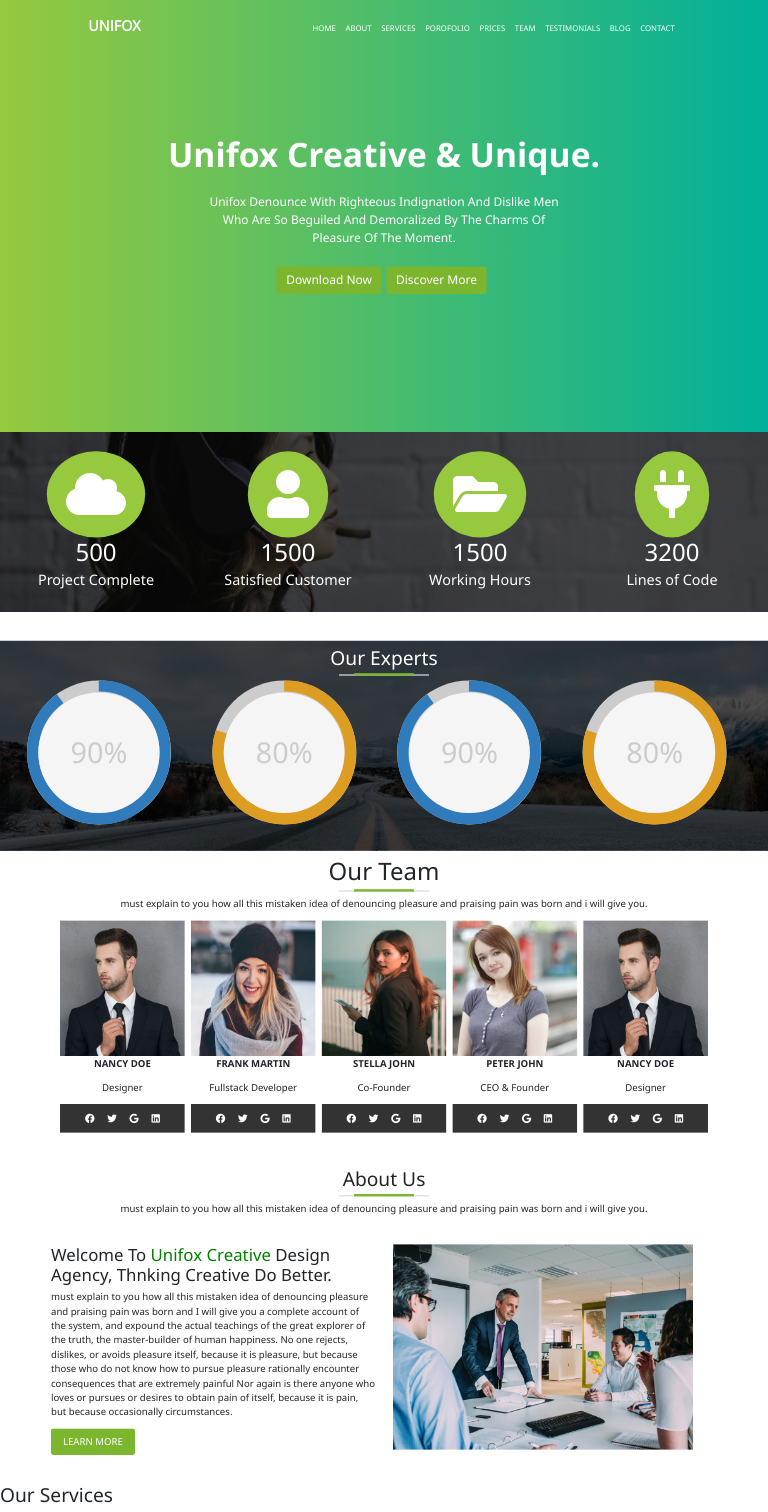
Repository: ibrkhalil/Uniforce-First-Attempt
Page: index.html
These files come from the project's save history. The page is drawn as it stood at one moment and after the next save; the edit follows.
The browser window is 1280 px wide. The pictures show the whole page, at 60% of full size.
Backgrounds fixed to the window are drawn as part of the page.

Above is the page before, as saved 2021-01-24 02:38:16.

### index.html
<!DOCTYPE html>
<html lang="en">
  <head>
    <meta charset="UTF-8" />
    <link rel="stylesheet" href="./bootstrap.min.css" />
    <link rel="stylesheet" href="owl.carousel.css" />
    <link rel="preconnect" href="https://fonts.gstatic.com" />
    <link rel="stylesheet" href="./jquery-ui.css" />
    <link
      rel="stylesheet"
      href="https://use.fontawesome.com/releases/v5.15.2/css/all.css"
      integrity="sha384-vSIIfh2YWi9wW0r9iZe7RJPrKwp6bG+s9QZMoITbCckVJqGCCRhc+ccxNcdpHuYu"
      crossorigin="anonymous"
    />
    <link rel="stylesheet" href="./circle.css" />
    <link
      href="https://fonts.googleapis.com/css2?family=Open+Sans&display=swap"
      rel="stylesheet"
    />
    <link rel="stylesheet" href="style.css" />
    <meta name="viewport" content="width=device-width, initial-scale=1.0" />
    <title>Unifox</title>
  </head>

  <body>
    <div class="main-nav">
      <nav
        class="navbar navbar-expand-lg justify-content-around sticky-top navbar-fixed-top"
      >
        <!-- <div class="container"> -->
        <a class="navbar-brand" href="#"><h3 class="unifox">UNIFOX</h3></a>
        <button
          class="navbar-toggler"
          type="button"
          data-toggle="collapse"
          data-target="#navbarSupportedContent"
          aria-controls="navbarSupportedContent"
          aria-expanded="false"
          aria-label="Toggle navigation"
        >
          <span class="fa fa-bars fa-3x"></span>
        </button>
        <div class="">
          <div class="nav-items">
            <div class="collapse navbar-collapse" id="navbarSupportedContent">
              <ul class="navbar-nav mr-auto">
                <li class="item">
                  <a class="nav-link active" href="#">HOME</a>
                </li>
                <li class="nav-item"><a class="nav-link" href="#">ABOUT</a></li>
                <li class="nav-item">
                  <a class="nav-link" href="#">SERVICES</a>
                </li>
                <li class="nav-item">
                  <a class="nav-link" href="#">POROFOLIO</a>
                </li>
                <li class="nav-link"><a href="#">PRICES</a></li>
                <li class="nav-link"><a href="#">TEAM</a></li>
                <li class="nav-link"><a href="#">TESTIMONIALS</a></li>
                <li class="nav-link"><a href="#">BLOG</a></li>
                <li class="nav-link"><a href="#">CONTACT</a></li>
              </ul>
            </div>
          </div>
        </div>

        <!-- </div> -->
      </nav>

      <!-- nav end -->

      <div class="jumbotron">
        <h1 class="display-4 jumbo-main-text">
          <strong>Unifox Creative & Unique.</strong>
        </h1>
        <p class="lead jumbo-subtext">
          Unifox Denounce With Righteous Indignation And Dislike Men Who Are So
          Beguiled And Demoralized By The Charms Of Pleasure Of The Moment.
        </p>

        <div class="jumbo-btns">
          <p class="lead">
            <a class="btn jumbo-btn btn-primary btn-lg" href="#" role="button"
              >Download Now</a
            >
          </p>
          <p class="lead">
            <a class="btn jumbo-btn btn-primary btn-lg" href="#" role="button"
              >Discover More</a
            >
          </p>
        </div>
      </div>
      <!-- jumbotron end -->
      <!-- heading end -->
    </div>
    <div class="counting-number parallax">
      <div class="container-fluid">
        <div class="row">
          <div class="col-md-3">
            <i class="fa counting-icon fa-cloud fa-5x"></i>
            <h1 class="counter" data-count="500">0</h1>
            <h4>Project Complete</h4>
          </div>
          <div class="col-md-3">
            <i class="fa counting-icon fa-user fa-5x"></i>
            <h1 class="counter" data-count="1500">0</h1>
            <h4>Satisfied Customer</h4>
          </div>
          <div class="col-md-3">
            <i class="fa counting-icon fa-folder-open fa-5x"></i>
            <h1 class="counter" data-count="1500">0</h1>
            <h4>Working Hours</h4>
          </div>
          <div class="col-md-3">
            <i class="fa counting-icon fa-plug fa-5x"></i>
            <h1 class="counter" data-count="3200">0</h1>
            <h4>Lines of Code</h4>
          </div>
        </div>
      </div>
    </div>

    <br />
    <br />

    <!-- Counting number div -->
    <div class="our-experts-main">
      <h2 class="our-experts-word line">Our Experts</h2>

      <div class="our-experts">
        <div class="clearfix circular-icons">
          <div class="c100 p90 big blue">
            <span>90%</span>
            <div class="slice">
              <div class="bar"></div>
              <div class="fill"></div>
            </div>
          </div>
          <div class="c100 p80 big orange">
            <span>80%</span>
            <div class="slice">
              <div class="bar"></div>
              <div class="fill"></div>
            </div>
          </div>
          <div class="c100 p90 big blue">
            <span>90%</span>
            <div class="slice">
              <div class="bar"></div>
              <div class="fill"></div>
            </div>
          </div>

          <div class="c100 p80 big orange">
            <span>80%</span>
            <div class="slice">
              <div class="bar"></div>
              <div class="fill"></div>
            </div>
          </div>
        </div>
        <!-- /green -->

        <!-- orange -->
        <div class="clearfix"></div>
      </div>
    </div>

    <!-- experts end -->

    <div class="our-team">
      <div class="container">
        <div class="our-team-text">
          <h1 class="line">Our Team</h1>

          <p>
            must explain to you how all this mistaken idea of denouncing
            pleasure and praising pain was born and i will give you.
          </p>
        </div>
        <div class="top-content">
          <div class="container-fluid">
            <div class="owl-carousel owl-theme">
              <div class="item">
                <img
                  src="./images/1 (1).jpg"
                  class="img-fluid mx-auto d-block"
                  alt="img1"
                />
                <strong class="team-member-name">
                  <p>STELLA JOHN</p>
                </strong>
                <p>Co-Founder</p>
                <div class="social-media-icons" data-content="Link Hover">
                  <div
                    class="container d-flex justify-content-around align-items-center"
                  >
                    <i class="fab fa-facebook"></i>
                    <i class="fab fa-twitter"></i>
                    <i class="fab fa-google"></i>
                    <i class="fab fa-linkedin"></i>
                  </div>
                </div>
              </div>

              <div class="item">
                <img
                  src="./images/2 (1).jpg"
                  class="img-fluid mx-auto d-block"
                  alt="img2"
                />
                <strong class="team-member-name">
                  <p>PETER JOHN</p>
                </strong>
                <p>CEO & Founder</p>
                <div class="social-media-icons">
                  <div
                    class="container d-flex justify-content-around align-items-center"
                  >
                    <i class="fab fa-facebook"></i>
                    <i class="fab fa-twitter"></i>
                    <i class="fab fa-google"></i>
                    <i class="fab fa-linkedin"></i>
                  </div>
                </div>
              </div>

              <div class="item">
                <img
                  src="./images/3 (1).jpg"
                  class="img-fluid mx-auto d-block"
                  alt="img3"
                />
                <strong class="team-member-name">
                  <p>NANCY DOE</p>
                </strong>
                <p>Designer</p>
                <div class="social-media-icons">
                  <div
                    class="container d-flex justify-content-around align-items-center"
                  >
                    <i class="fab fa-facebook"></i>
                    <i class="fab fa-twitter"></i>
                    <i class="fab fa-google"></i>
                    <i class="fab fa-linkedin"></i>
                  </div>
                </div>
              </div>

              <div class="item">
                <img
                  src="./images/4.jpg"
                  class="img-fluid mx-auto d-block"
                  alt="img4"
                />
                <strong class="team-member-name">
                  <p>FRANK MARTIN</p>
                </strong>
                <p>Fullstack Developer</p>
                <div class="social-media-icons">
                  <div
                    class="container d-flex justify-content-around align-items-center"
                  >
                    <i class="fab fa-facebook"></i>
                    <i class="fab fa-twitter"></i>
                    <i class="fab fa-google"></i>
                    <i class="fab fa-linkedin"></i>
                  </div>
                </div>
              </div>
            </div>
          </div>
        </div>
      </div>
    </div>
        <section class="about-section my-5 green-bottom-border">
            <div class="container">
                <h2 class="line">About Us</h2>
                <p class="mb-5 aligny-center">must explain to you how all this mistaken idea of denouncing pleasure and praising pain was born and i will give you.</p>
                <div class="row">
                    <div class="col-md-6"><h3>Welcome To <span class="green-color">Unifox Creative</span> Design Agency, Thnking Creative Do Better.</h3><p>must explain to you how all this mistaken idea of denouncing pleasure and praising pain was born and I will give you a complete account of the system, and expound the actual teachings of the great explorer of the truth, the master-builder of human happiness. No one rejects, dislikes, or avoids pleasure itself, because it is pleasure, but because those who do not know how to pursue pleasure rationally encounter consequences that are extremely painful Nor again is there anyone who loves or pursues or desires to obtain pain of itself, because it is pain, but because occasionally circumstances.</p>
                    <a href="#" class="btn social-media-icons-invert">LEARN MORE</a>
                    </div>
                    <div class="col-md-6">
                        <img src="./about-bg.jpg" src="about" width="500px">
                    </div>
                </div>
            </div>
            </section>

            <section class="our-services">
                <h2 class="our-services-word">
                    Our Services
                </h2>
            </section>



    <script src="./jquery.js"></script>
    <script src="./jquery-ui.js"></script>
    <script src="./owl.carousel.js"></script>
    <script src="./owl.autoplay.js"></script>
    <script src="./bootstrap.js"></script>
    <script src="./script.js"></script>
  </body>
</html>

### style.css
*{
    margin: 0;
    padding: 0;
}
body{
    font-family: 'Segoe UI', Tahoma, Geneva, Verdana, sans-serif;
}
.nav-items{
    display: flex;
    width: 100%;
    justify-content: space-between;
}

.main-nav h3{
    font-family: 'Open Sans', sans-serif;
    font-weight: bold;
    font-size: x-large;
}
.main-nav{
    transition: all 200ms;
    font-size: small;
    background: linear-gradient(to right, #96c93d, #00b09b);
    height: 100vh;
}
.main-nav a{
    text-decoration: none;
    color: white;
    border: none;
}
 .main-nav li, .main-nav h3 {
    margin-top: 1rem;
}
.circular-icons{
    display: flex;
    justify-content: space-between;
}
.jumbotron{
    text-align: center;
    margin-top: 5rem;
    color: white;
    background-color: transparent;
}
.jumbo-btn{
    background-color: #7CB62F;
}

.navbar-fixed-top a:hover{
    color: #3e3e3e;
}
.navbar-fixed-top.scrolled {
    width: 100vw;
    background-color: #fff !important;
    /* padding: 0.5rem 0; */
    /* transition: all 200ms ease; */

  }
/* .navbar-fixed-top.scrolled  a{
    color: black;

  } */
  .navbar-fixed-top.scrolled  a:hover{
    color: gray;

  }
.jumbo-btns{
    display: flex;
    justify-content: center;
}
.jumbo-subtext{

    margin: 2rem auto;
    width: 50%;
}
.jumbo-main-text{
font-weight: 400;
}
.jumbo-btns p{
   margin-right: 0.5rem;
}
.lead-btns a{
    display: flex;
    border: none;
}
.parallax {
    background-image: url("./fun_facts_bg.jpg");
    height: 300px;
    background-blend-mode: overlay;
    background-attachment: fixed;
    background-position: center;
    background-repeat: no-repeat;
    background-size: cover;
    background-color: rgba(0, 0, 0,0.7);
    color: white;
    text-align: center;
    display: flex;
    align-items: center;
  }
  .parallax img {
      height: 300px;
      object-fit: cover;
  }
  .counting-icon{
      padding: 2rem;
      background-color: #96c93d ;
      border-radius: 50%;
  }
.jumbo-btn:hover{
    transition: 1s;
    background-color: black;
}
.line{
    position: relative;
    text-align: center;
    padding: 10px 0;
}
.line::after , .line::before{
    content: "";
    width: 100px;
    height: 4px;
    position: absolute;
    background-color: #7CB62F;
    left: 50%;
    transform: translate(-50%,0);
    bottom: 0;
}
.line::before{
    height: 2px;
    background-color: #ddd;
    width: 150px;
}


.clearfix:before,.clearfix:after {content: " "; display: table;}
.clearfix:after {clear: both;}
.clearfix {*zoom: 1;}


.our-experts-main{
    background-image: url("./skill-bg.jpg");
    height: 350px;
    background-blend-mode: overlay;
    background-attachment: fixed;
    background-position: center;
    background-repeat: no-repeat;
    background-size: cover;
    background-color: rgba(0, 0, 0,0.7);
    color: white;
}
.our-experts-main:first-child{
    display: flex;
    justify-content: center;
}
.our-experts h2{
    display: block !important;
}
.our-team{
    text-align: center;
}
@media (min-width: 768px) and (max-width: 991px) {
    /* Show 4th slide on md if col-md-4*/
    .carousel-inner .active.col-md-4.carousel-item + .carousel-item + .carousel-item + .carousel-item {
        position: absolute;
        top: 0;
        right: -33.3333%;  /*change this with javascript in the future*/
        z-index: -1;
        display: block;
        visibility: visible;
    }
}
@media (min-width: 576px) and (max-width: 768px) {
    /* Show 3rd slide on sm if col-sm-6*/
    .carousel-inner .active.col-sm-6.carousel-item + .carousel-item + .carousel-item {
        position: absolute;
        top: 0;
        right: -50%;  /*change this with javascript in the future*/
        z-index: -1;
        display: block;
        visibility: visible;
    }
}
@media (min-width: 576px) {
    .carousel-item {
        margin-right: 0;
    }
    /* show 2 items */
    .carousel-inner .active + .carousel-item {
        display: block;
    }
    .carousel-inner .carousel-item.active:not(.carousel-item-right):not(.carousel-item-left),
    .carousel-inner .carousel-item.active:not(.carousel-item-right):not(.carousel-item-left) + .carousel-item {
        transition: none;
    }
    .carousel-inner .carousel-item-next {
        position: relative;
        transform: translate3d(0, 0, 0);
    }
    /* left or forward direction */
    .active.carousel-item-left + .carousel-item-next.carousel-item-left,
    .carousel-item-next.carousel-item-left + .carousel-item,
    .carousel-item-next.carousel-item-left + .carousel-item + .carousel-item {
        position: relative;
        transform: translate3d(-100%, 0, 0);
        visibility: visible;
    }
    /* farthest right hidden item must be also positioned for animations */
    .carousel-inner .carousel-item-prev.carousel-item-right {
        position: absolute;
        top: 0;
        left: 0;
        z-index: -1;
        display: block;
        visibility: visible;
    }
    /* right or prev direction */
    .active.carousel-item-right + .carousel-item-prev.carousel-item-right,
    .carousel-item-prev.carousel-item-right + .carousel-item,
    .carousel-item-prev.carousel-item-right + .carousel-item + .carousel-item {
        position: relative;
        transform: translate3d(100%, 0, 0);
        visibility: visible;
        display: block;
        visibility: visible;
    }
}
/* MD */
@media (min-width: 768px) {
    /* show 3rd of 3 item slide */
    .carousel-inner .active + .carousel-item + .carousel-item {
        display: block;
    }
    .carousel-inner .carousel-item.active:not(.carousel-item-right):not(.carousel-item-left) + .carousel-item + .carousel-item {
        transition: none;
    }
    .carousel-inner .carousel-item-next {
        position: relative;
        transform: translate3d(0, 0, 0);
    }
    /* left or forward direction */
    .carousel-item-next.carousel-item-left + .carousel-item + .carousel-item + .carousel-item {
        position: relative;
        transform: translate3d(-100%, 0, 0);
        visibility: visible;
    }
    /* right or prev direction */
    .carousel-item-prev.carousel-item-right + .carousel-item + .carousel-item + .carousel-item {
        position: relative;
        transform: translate3d(100%, 0, 0);
        visibility: visible;
        display: block;
        visibility: visible;
    }
}
/* LG */
@media (min-width: 991px) {
    /* show 4th item */
    .carousel-inner .active + .carousel-item + .carousel-item + .carousel-item {
        display: block;
    }
    .carousel-inner .carousel-item.active:not(.carousel-item-right):not(.carousel-item-left) + .carousel-item + .carousel-item + .carousel-item {
        transition: none;
    }
    /* Show 5th slide on lg if col-lg-3 */
    .carousel-inner .active.col-lg-3.carousel-item + .carousel-item + .carousel-item + .carousel-item + .carousel-item {
        position: absolute;
        top: 0;
        right: -25%;  /*change this with javascript in the future*/
        z-index: -1;
        display: block;
        visibility: visible;
    }
    /* left or forward direction */
    .carousel-item-next.carousel-item-left + .carousel-item + .carousel-item + .carousel-item + .carousel-item {
        position: relative;
        transform: translate3d(-100%, 0, 0);
        visibility: visible;
    }
    /* right or prev direction //t - previous slide direction last item animation fix */
    .carousel-item-prev.carousel-item-right + .carousel-item + .carousel-item + .carousel-item + .carousel-item {
        position: relative;
        transform: translate3d(100%, 0, 0);
        visibility: visible;
        display: block;
        visibility: visible;
    }
}
.social-media-icons{
    color: white;
    padding: 1rem;
    /* background: red; */
    background: linear-gradient(to left, #333 50%, #7CB62F 50%) right;
    background-size: 200%;
    transition: 1s ease;
}
.social-media-icons:hover{
    background-position:left;
}
.social-media-icons i{
    cursor: pointer;
}
.social-media-icons-invert{
    color: white;
    padding: 1rem;
    background: linear-gradient(to left, #7CB62F 50%, #333 50%) right;
    background-size: 200%;
    transition: 1s ease;
}
.social-media-icons-invert:hover{
    background-position:left;
}

.aligny-center{
    text-align: center;
}
.green-color{
    color: green;
}
.about-section a{
    padding: 10px 20px;
    border: none;
    background-color: #7CB62F;
    color: white;
}
/* .social-media-icons::before{
    position: absolute; */
    /* content: attr(data-content); */
/* } */


.social-media-icons .fab:hover{
    transition: 1s;
    color: gold;
}
.carousel-item:nth-child(2){
    margin-bottom: 1rem;
}

@media screen and (max-width: 768px){
    /* .navbar-nav{ */
        .navbody{
        display: none;
        justify-content: center;
        width: 100vw;
        /* float: right; */
    }
}

Loaded but not shown: bootstrap.min.css (library); owl.carousel.css (library); jquery-ui.css (library); jquery.js (library); jquery-ui.js (library); owl.carousel.js (library); owl.autoplay.js (library); bootstrap.js (library); script.js (88 lines, source omitted); circle.css (879 lines, source omitted)

After the next save:
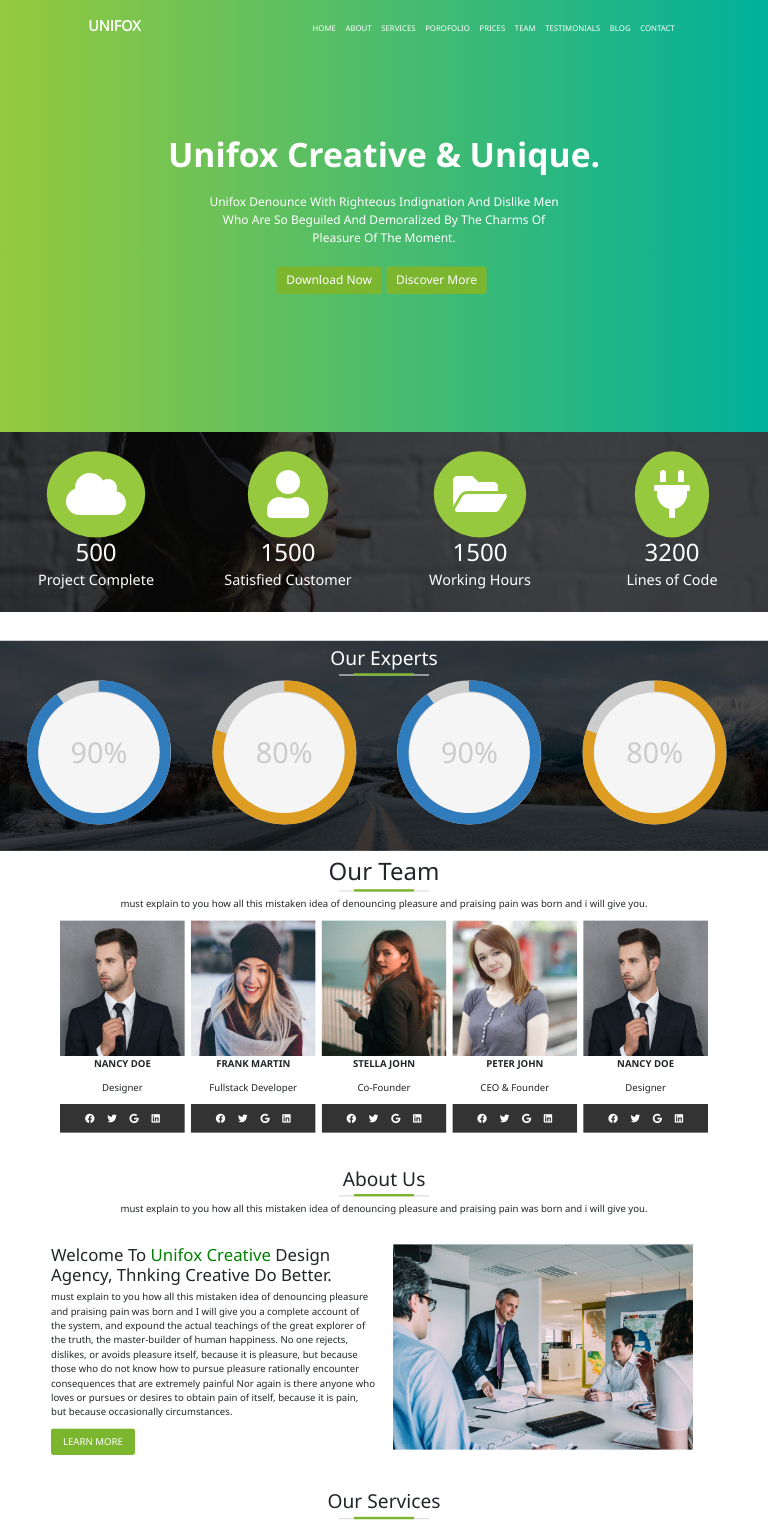
Saved 4 s later.
--- a/index.html
+++ b/index.html
@@ -290,7 +290,7 @@
             </section>
 
             <section class="our-services">
-                <h2 class="our-services-word">
+                <h2 class="our-services-word line">
                     Our Services
                 </h2>
             </section>
